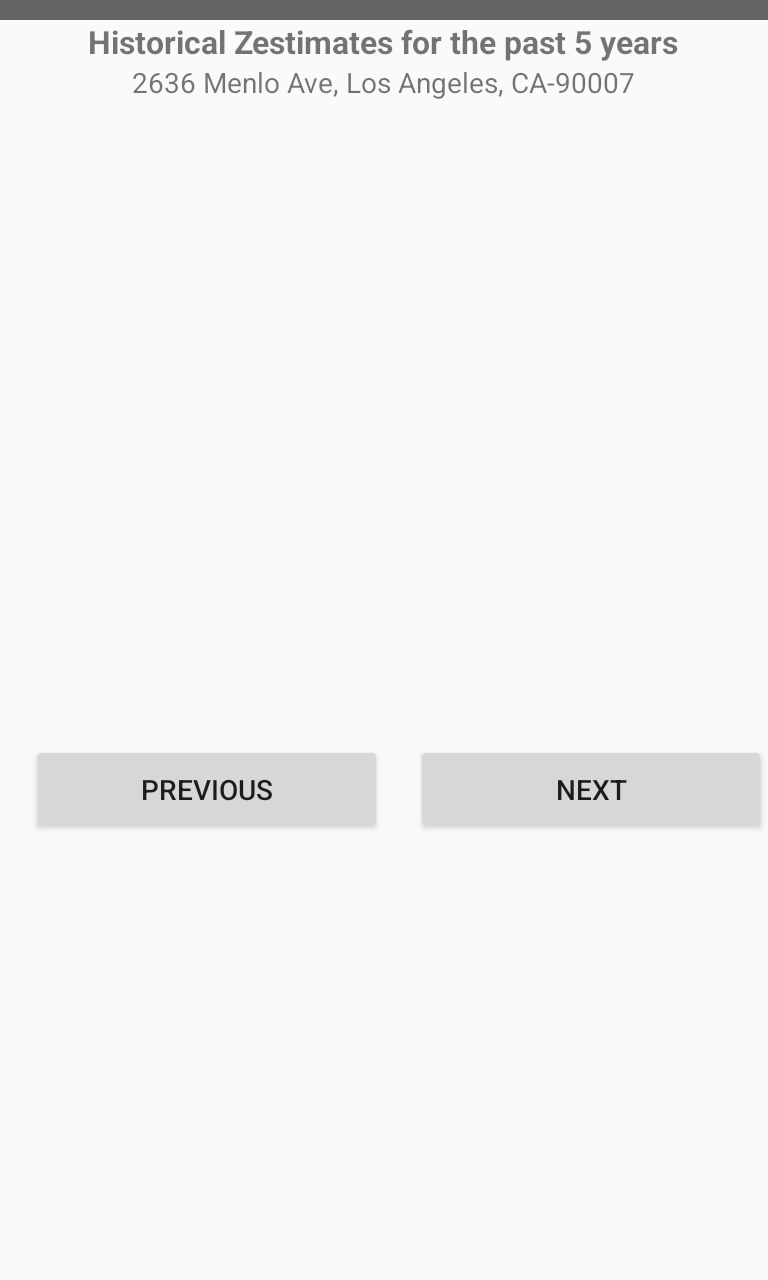
Repository: Warun26/PropertySearch
Layout: PropertySearch/res/layout/historical_zestimates_tab.xml
An editor plug-in stored every save of this project. The layout is shown before and after the next save, followed by the edit.
It is drawn on a 768 x 1280 px phone screen (xhdpi) without system bars, with theme AppTheme; the app's code is not run. The app's manifest (not shown) leaves right-to-left support off. So textAlignment, textDirection and layoutDirection are ignored, and left and right values win over start and end ones.

Above is the layout before, as saved 2014-11-23 04:16:37.

After the next save:
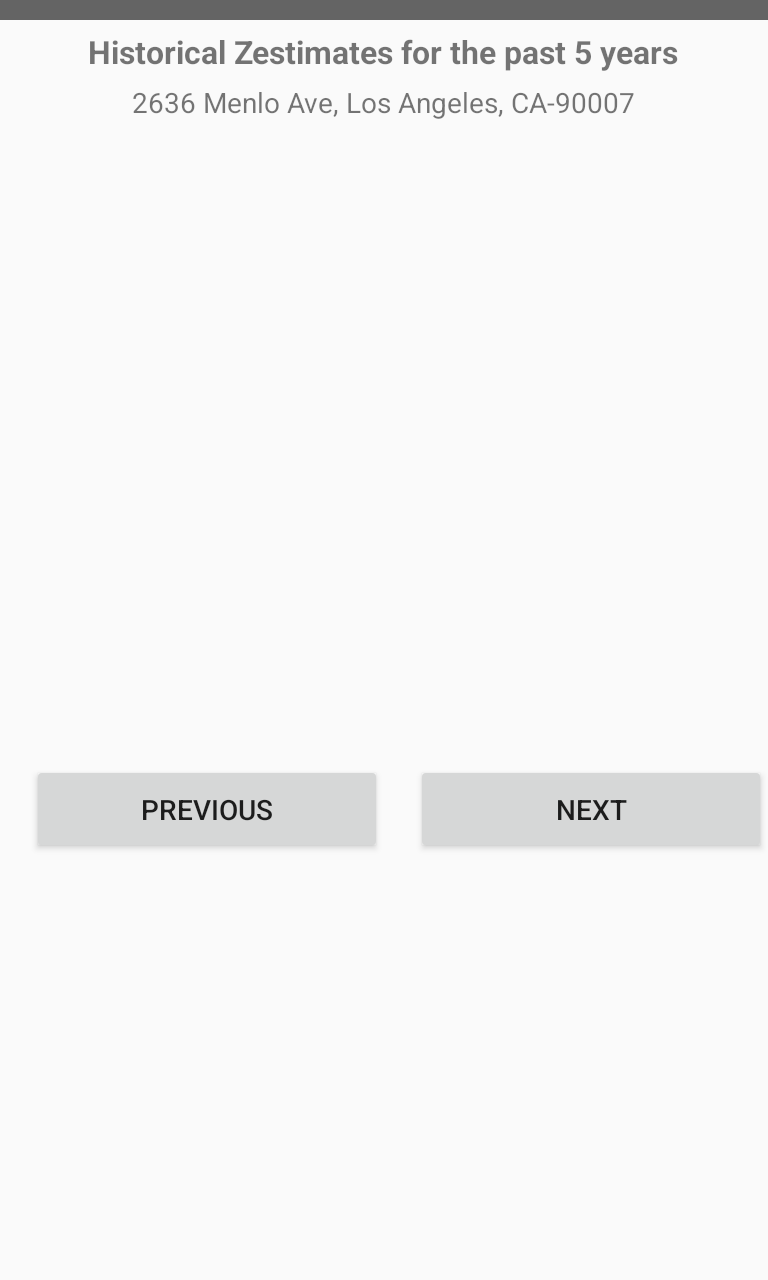
Saved 22 s later.
--- a/PropertySearch/res/layout/historical_zestimates_tab.xml
+++ b/PropertySearch/res/layout/historical_zestimates_tab.xml
@@ -25,7 +25,8 @@
 	     android:textAlignment="center"
 	     android:layout_gravity="center"
 	     android:textStyle="bold"
-	     android:text="Historical Zestimates for the past 5 years" >
+	     android:text="Historical Zestimates for the past 5 years"
+	     android:layout_margin="5dp">
 	</TextView>
 
     <TextView
